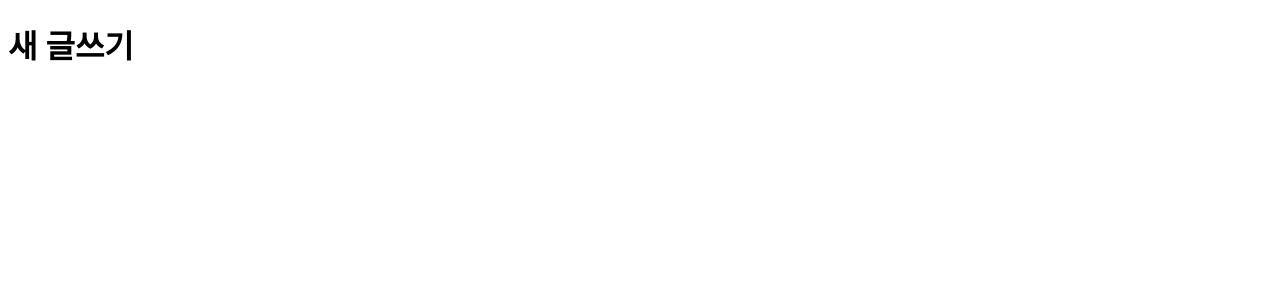
Repository: Jeonseoghyeon/Cloud9-IDE-PRACTICE
Page: http://localhost/articles/new/
The author's editor kept a record of every edit. The page is drawn from the files as they stood at one moment, then again after the next edit.
The browser window is 1280 px wide. The pictures show the whole page.
The page is served by the project's application, run on Django 2.2 (PRACTICE/0407/django_form/manage.py). Other server files are loaded and not shown.

Above is the page before.

### PRACTICE/0407/django_form/articles/views.py
from django.shortcuts import render
from .models import Article

# Create your views here.
def index(request):
    # articles = Article.objects.oreder_by('-pk')
    articles = Article.objects.all()
    context = {
        'articles': articles,
    }
    return render(request,'articles/index.html',context)

def new(request):
    return render(request,'articles/new.html')

### PRACTICE/0407/django_form/articles/templates/articles/new.html
{% extends 'base.html' %}
{% block body%}
    <h1>새 글쓰기</h1>
    <form action ="">
        {{form}}
    </form>

{% endblock %}

### PRACTICE/0407/django_form/templates/base.html
<!DOCTYPE html>
<html lang="en">
<head>
    <meta charset="UTF-8">
    <meta name="viewport" content="width=device-width, initial-scale=1.0">
    <meta http-equiv="X-UA-Compatible" content="ie=edge">
    <title>Document</title>
</head>
<body>
    {% block body %}
    {% endblock %}
</body>
</html>

### PRACTICE/0407/django_form/django_form/urls.py
"""django_form URL Configuration

The `urlpatterns` list routes URLs to views. For more information please see:
    https://docs.djangoproject.com/en/2.1/topics/http/urls/
Examples:
Function views
    1. Add an import:  from my_app import views
    2. Add a URL to urlpatterns:  path('', views.home, name='home')
Class-based views
    1. Add an import:  from other_app.views import Home
    2. Add a URL to urlpatterns:  path('', Home.as_view(), name='home')
Including another URLconf
    1. Import the include() function: from django.urls import include, path
    2. Add a URL to urlpatterns:  path('blog/', include('blog.urls'))
"""
from django.contrib import admin
from django.urls import path, include

urlpatterns = [
    path('admin/', admin.site.urls),
    path('articles/', include('articles.urls')),
]

### PRACTICE/0407/django_form/articles/urls.py
from django.urls import path
from . import views

app_name = 'articles'

urlpatterns = [
    path('',views.index,name='index'),
    path('new/', views.new, name='new'),
    # path('create/',views.create),
    ]

After the next edit:
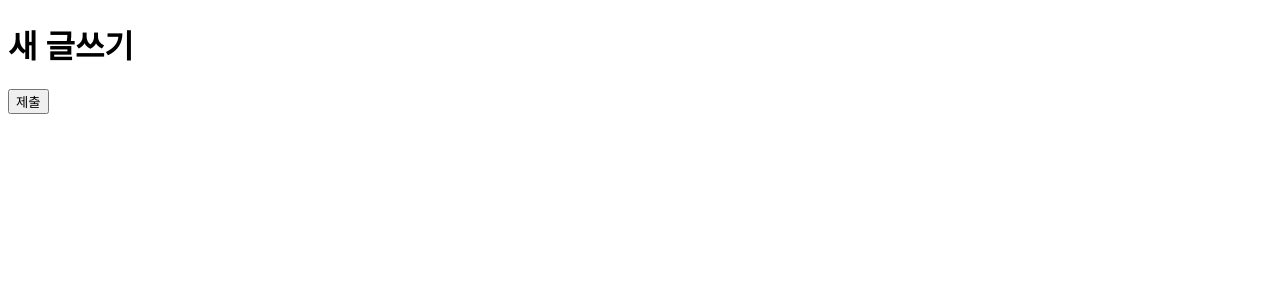
The edit:
--- a/PRACTICE/0407/django_form/articles/templates/articles/new.html
+++ b/PRACTICE/0407/django_form/articles/templates/articles/new.html
@@ -1,8 +1,10 @@
 {% extends 'base.html' %}
 {% block body%}
     <h1>새 글쓰기</h1>
-    <form action ="">
+    <form action ="" method="POST">
+        {% csrf_token %}
         {{form}}
+        <button>제출</button>
     </form>
 
 {% endblock %}
